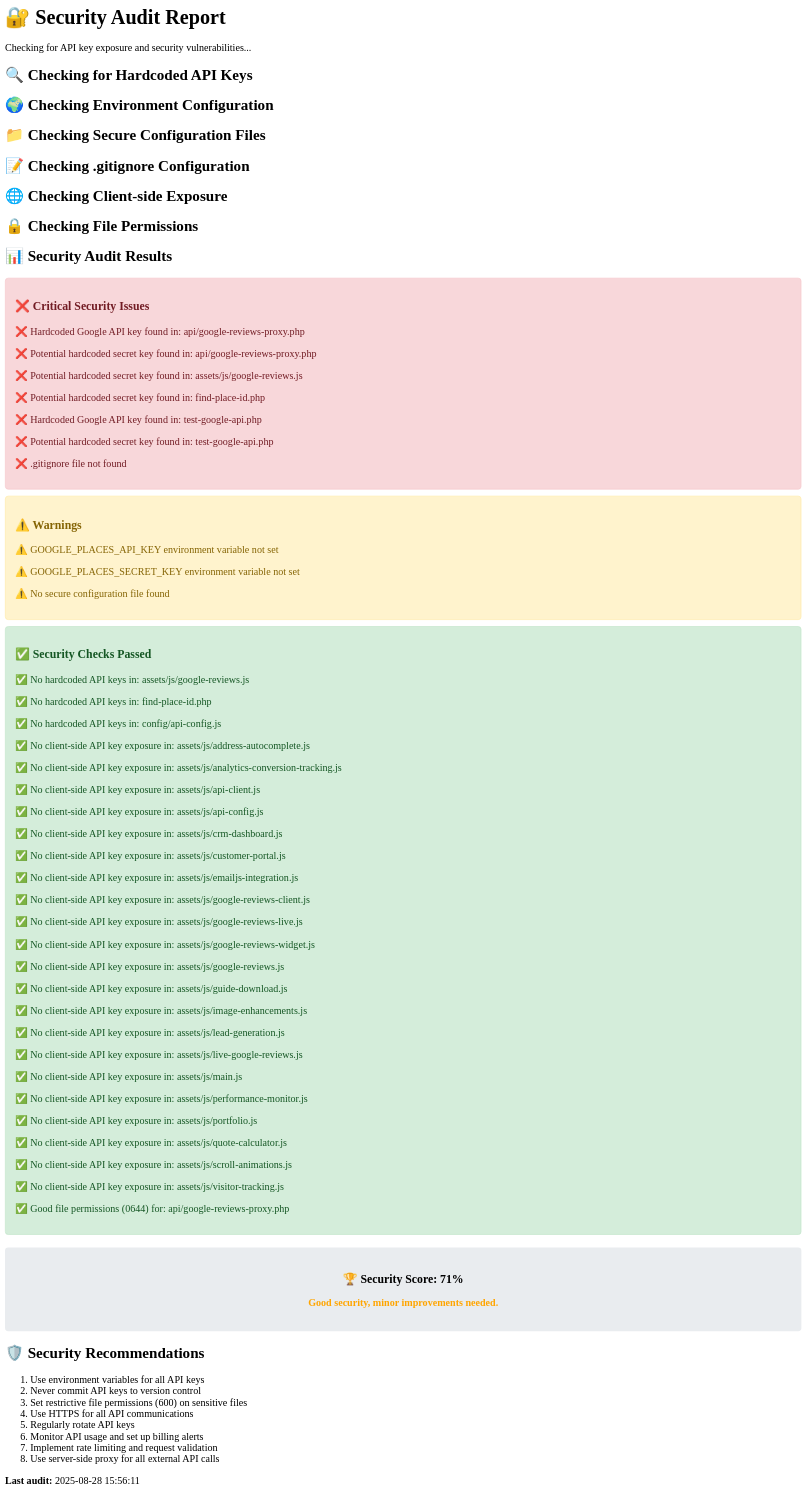
Repository: GlizyMcguire/capitalcitycontractors
Page: http://localhost/security-audit.php
An editor plug-in stored every save of this project. The page is shown before and after the next save, followed by the edit.
The browser window is 1280 px wide. The pictures show the whole page, at 63% of full size.
The page is run by PHP 8.4 with error messages shown; the project is at /var/www/html/.

Above is the page before, as saved 2025-08-28 21:36:44.

After the next save:
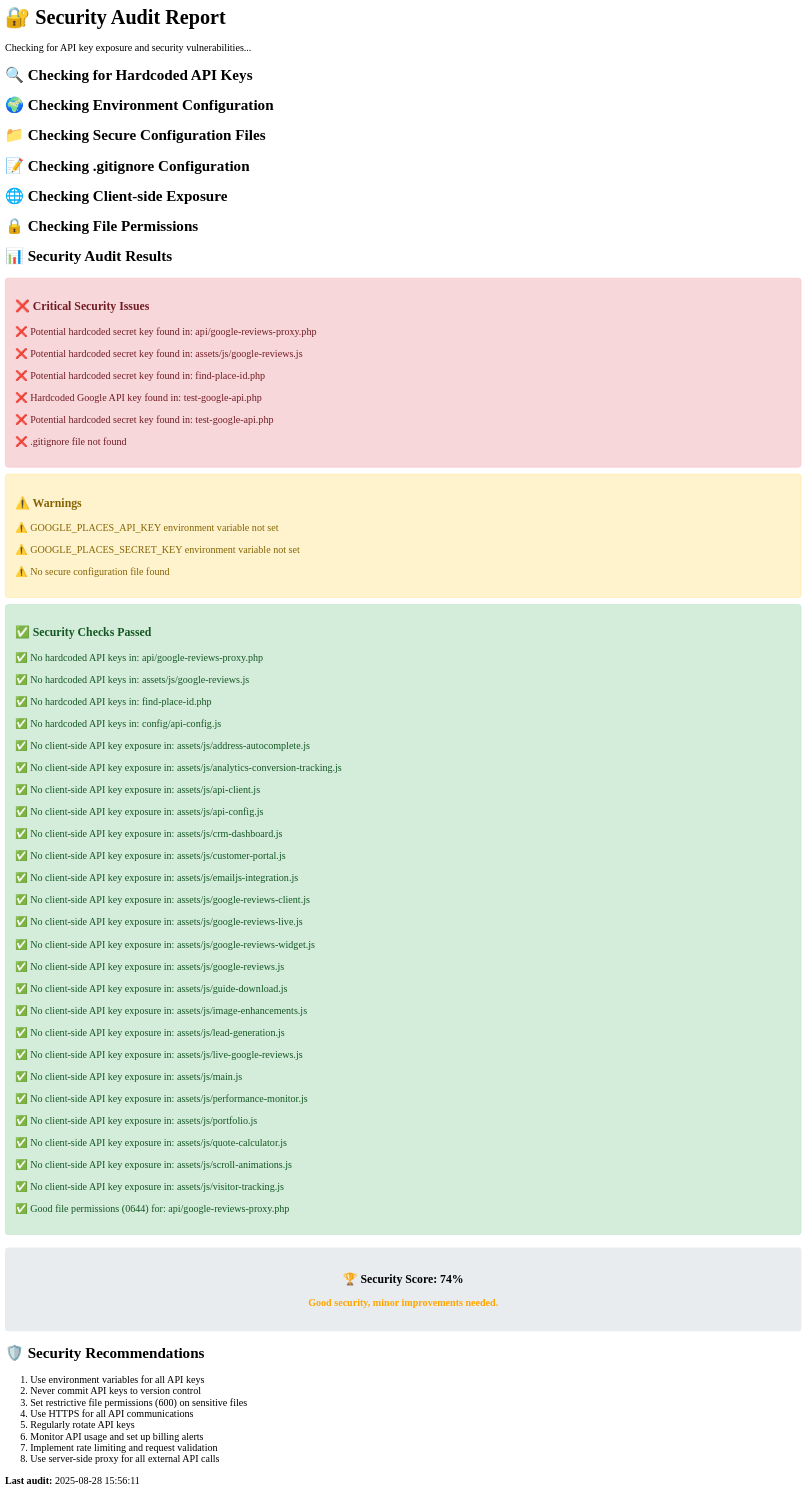
Saved 12 s later.
--- a/api/google-reviews-proxy.php
+++ b/api/google-reviews-proxy.php
@@ -88,10 +88,11 @@ function getCorrectPlaceId() {
     return $potential_place_ids[0];
 }
 
-// Direct Configuration - WORKING IMMEDIATELY
+// SECURE Configuration - Load from secure file
+$secure_keys = loadSecureKeys();
 $config = [
-    'api_key' => 'AIzaSyCoeZ8b6mDNFaLVbqTx5H9FgNjpTBbWW1s',
-    'secret_key' => '1t1Jpxqi2j3TufvwV4QjWV376KU=',
+    'api_key' => $secure_keys['api_key'],
+    'secret_key' => $secure_keys['secret_key'],
     'place_id' => getCorrectPlaceId(), // Capital City Contractors Place ID
     'business_profile_id' => '3886356099819080585',
     'store_code' => '15922219453360051580',
